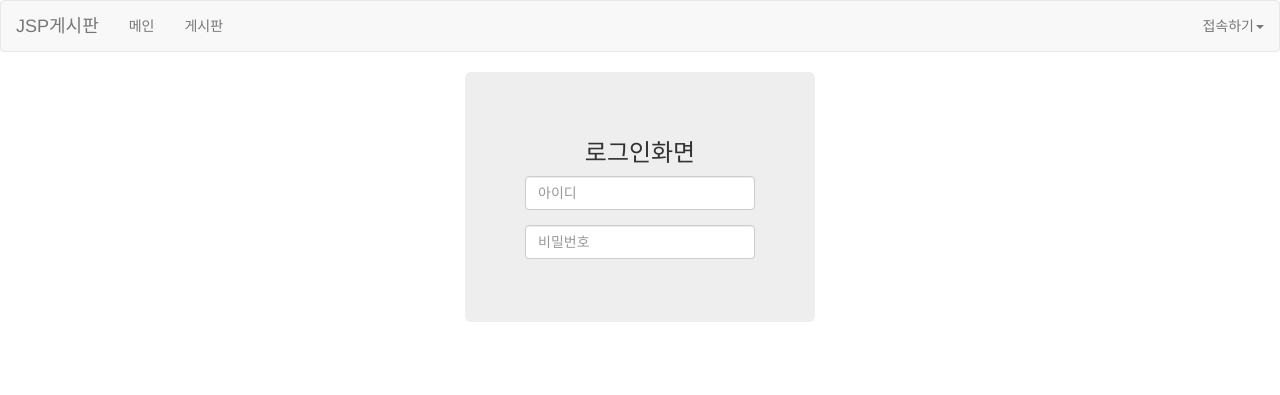
Repository: zoselakt/My_practice_JSP
Page: http://localhost/BBS/login.jsp
The author's editor kept a copy of each file at every save. The page is drawn from the files as they stood at one save, then again after the next save.
The browser window is 1280 px wide. The pictures show the whole page.
Some web libraries are served in a nearby version. The page is served by Tomcat 9. Other server files are loaded and not shown.

Above is the page before, as saved 2022-03-01 14:44:51.

### BBS/WebContent/login.jsp
<%@ page language="java" contentType="text/html; charset=UTF-8"
    pageEncoding="UTF-8"%>
<!DOCTYPE html>
<html>
<head>
<meta http-equiv="Content-Type" content="text/html; charset="UTF-8">
<meta name="viewport" content="width=device-width", initial-scale="1">
<link rel="stylesheet" href="css/bootstrap.css">
<title>로그인</title>
</head>
<body>
	<nav class="navbar navbar-default">
		<div class="navbar-header">
			<button type="button" class="navbar-toggle collapsed"
				data-toggle="Collapse" data-target="#bs-example-navbar-collapse-1"
				aria-expanded="false">
				<span class="icon-bar"></span>
				<span class="icon-bar"></span>
				<span class="icon-bar"></span>
			</button>
			<a class="navbar-brand" href="main.jsp">JSP게시판</a>
		</div>

		<div class="collapse navbar-collapse" id="bs-example-navbar-collapse-1">
			<ul class="nav navbar-nav">
				<li><a href="main.jsp">메인</a></li>
				<li><a href="main.jsp">게시판</a></li>
			</ul>

			<ul class="nav navbar-nav navbar-right">
				<li class="dropdown">
					<a href="#" class="dropdown-toggle"
						data-toggle="dropdown" role="button" aria-haspopup="true"
						aria-expanded="false">접속하기<span class="caret"></span></a>
					<ul class="dropdown-menu">
						<li class="active"><a href="login.jsp">로그인</a></li>
						<li><a href="join.jsp">회원가입</a></li>
					</ul>
				</li>
			</ul>
		</div>
	</nav>

	<div class="container">
		<div class="col-lg-4"></div>
		<div class="col-lg-4">
			<div class="jumbotron style="padding-top: 20px;">
				<form method="post" action="loginaction.jsp">
					<h3 style="text-align: center;">로그인화면</h3>
					<div class="form-group">
						<input type="text" class="form-control" placeholder="아이디" name="userID" maxlength="20">
					</div>
					<div class="form-group">
						<input type="password" class="form-control" placeholder="비밀번호" name="userPassword" maxlength="20">
					</div>
				</form>
			</div>
		</div>
	</div>

	<script src="https://code.jquery.com/jquery-3.1.1.min.js"></script>
	<script src="js/bootstrap.js"></script>
</body>
</html>

Loaded but not shown: BBS/WebContent/css/bootstrap.css (library); BBS/WebContent/js/bootstrap.js (library)

After the next save:
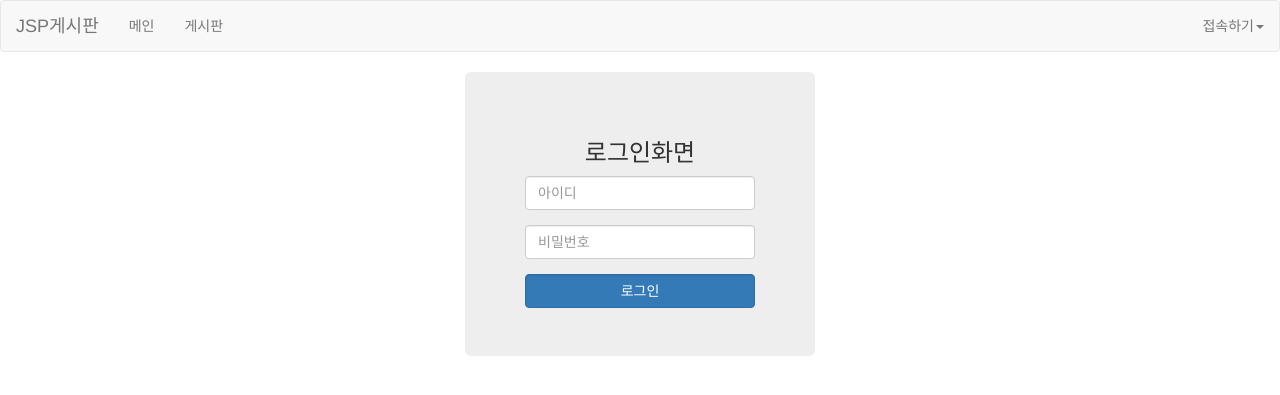
Saved 2 min 25 s later.
--- a/BBS/WebContent/login.jsp
+++ b/BBS/WebContent/login.jsp
@@ -53,6 +53,7 @@
 					<div class="form-group">
 						<input type="password" class="form-control" placeholder="비밀번호" name="userPassword" maxlength="20">
 					</div>
+					<input type="submit" class="btn btn-primary form-control" value="로그인">
 				</form>
 			</div>
 		</div>
